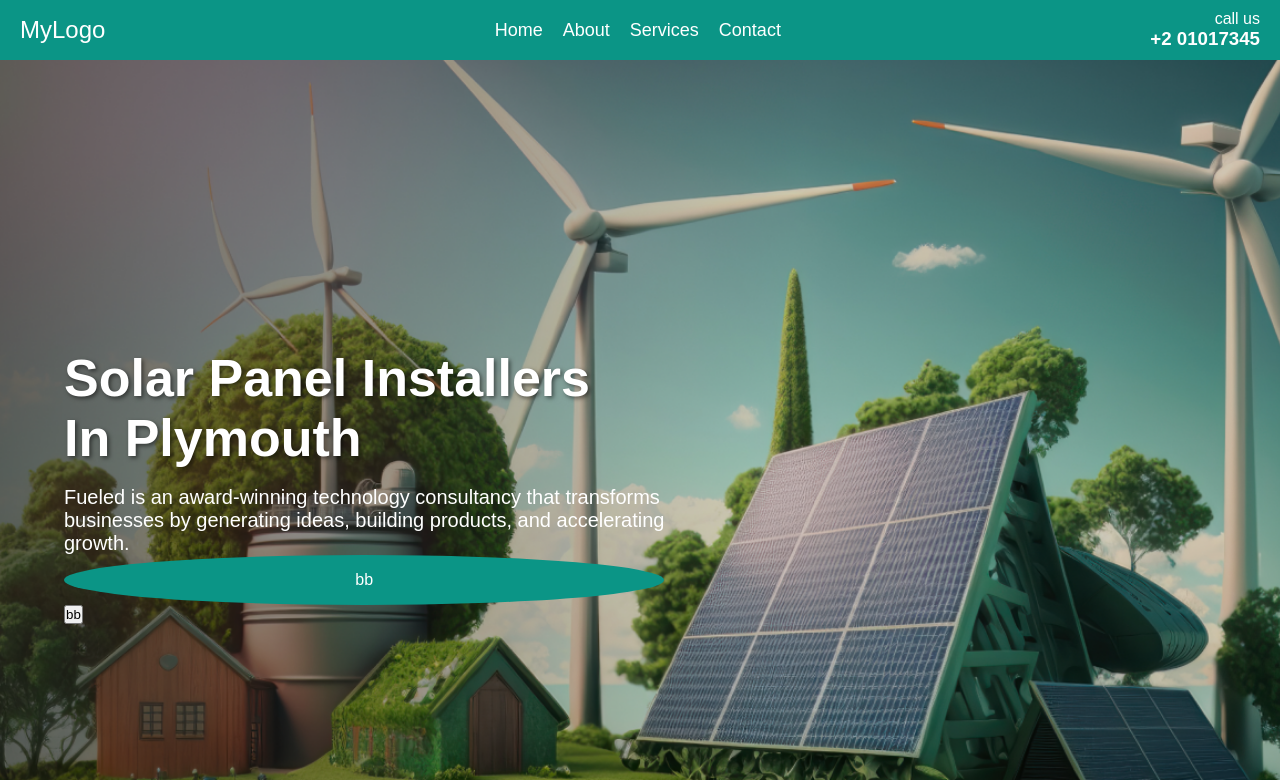
Repository: MaramNabil872/Landing-Page
Page: landingPage.html
The author's editor kept a copy of each file at every save. The page is drawn from the files as they stood at one save, then again after the next save.
The browser window is 1280 px wide. The pictures show the whole page.

Above is the page before, as saved 2024-10-20 20:37:46.

After the next save:
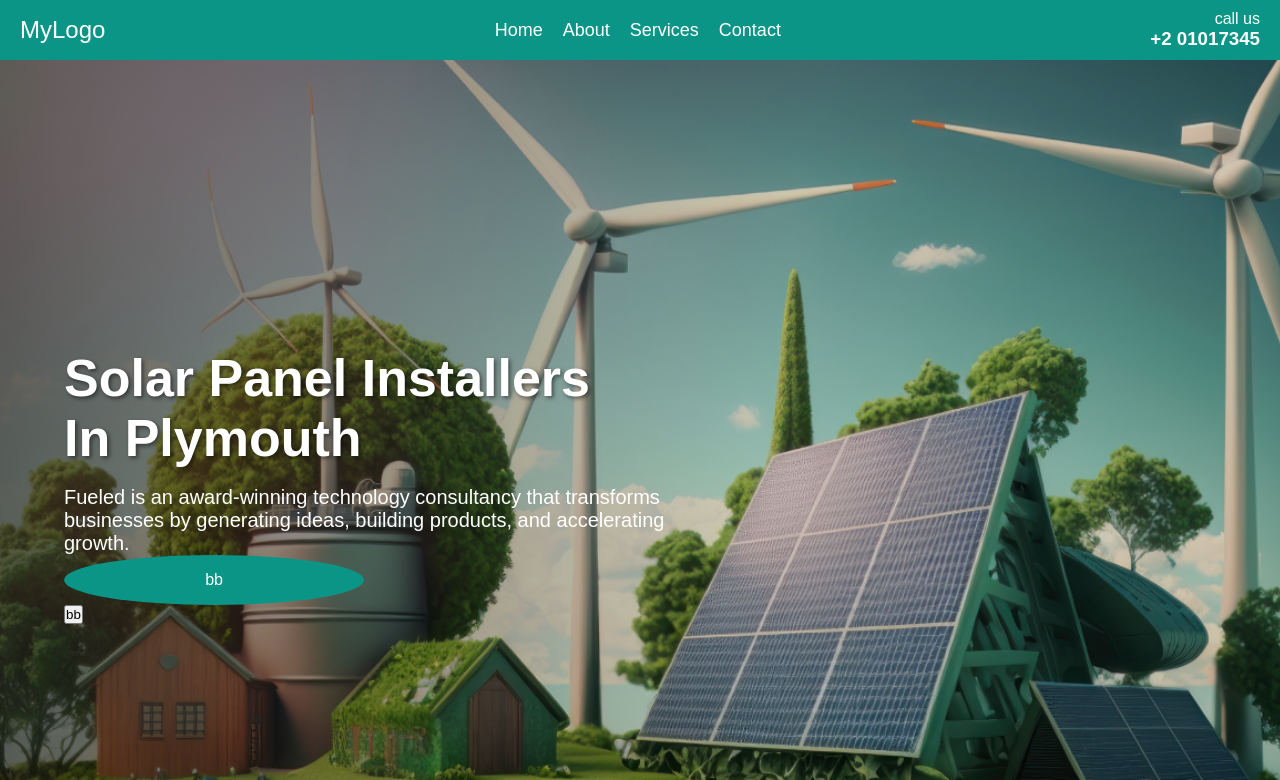
Saved 18 s later.
--- a/landingPage.css
+++ b/landingPage.css
@@ -84,7 +84,7 @@ body {
     color: white; /* Text color */
     border: none; /* No border */
     border-radius: 50%; /* Make it round */
-    width: 100%; /* Width of the button */
+    width: 50%; /* Width of the button */
     height: 50px; /* Height of the button */
     font-size: 16px; /* Font size */
     cursor: pointer; /* Change cursor to pointer on hover */
